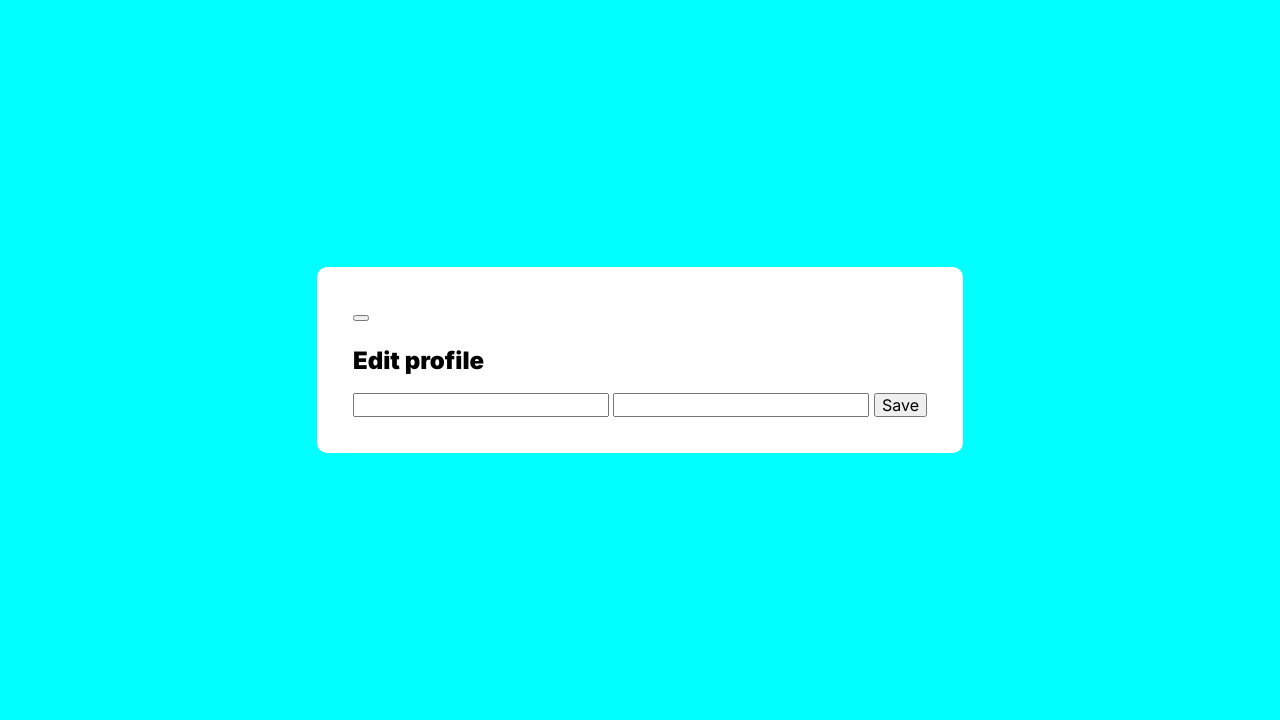
Repository: luisbaezx/se_project_aroundtheus
Page: index.html
The author's editor kept a copy of each file at every save. The page is drawn from the files as they stood at one save, then again after the next save.
The browser window is 1280 px wide. The pictures show the window.
A layer covers the whole window, so only the first screen is drawn.

Above is the page before, as saved 2024-09-15 15:04:07.

After the next save:
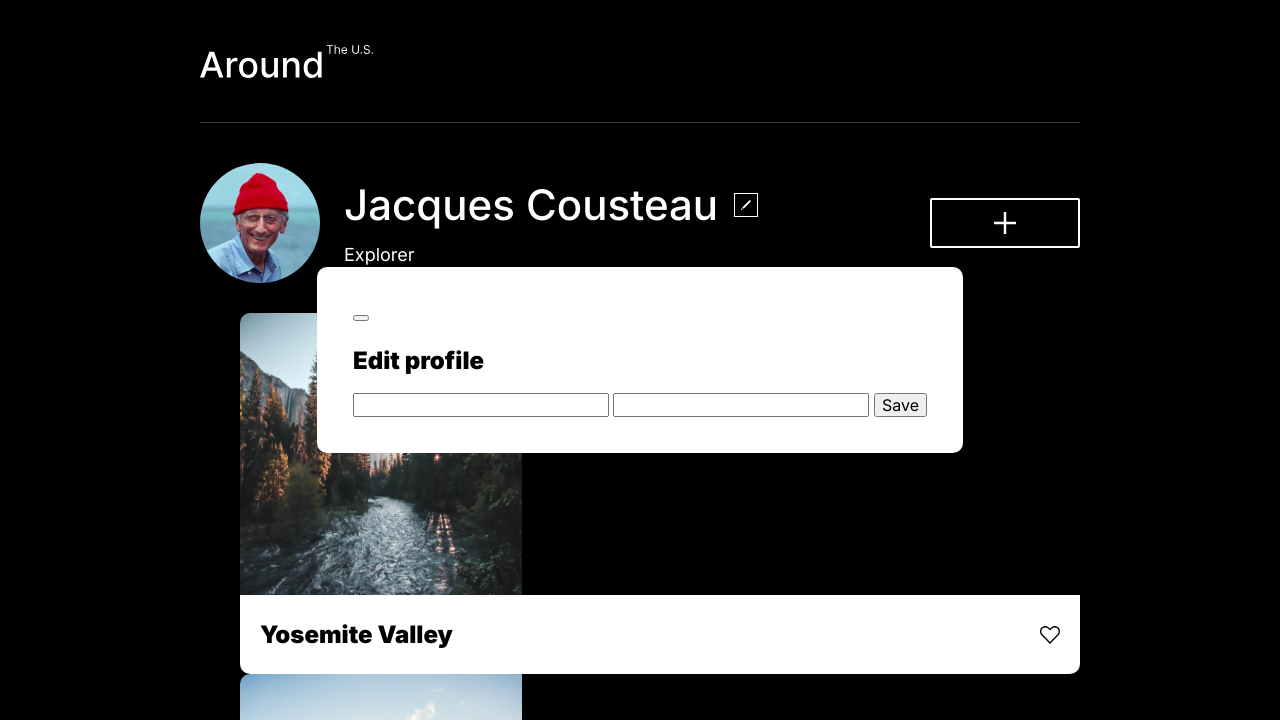
Saved 55 s later.
--- a/blocks/modal.css
+++ b/blocks/modal.css
@@ -4,7 +4,7 @@
   left: 0;
   bottom: 0;
   right: 0;
-  background-color: aqua;
+  background-color: rgba(0, 0, 0, 0);
   z-index: 999;
   display: flex;
 }
